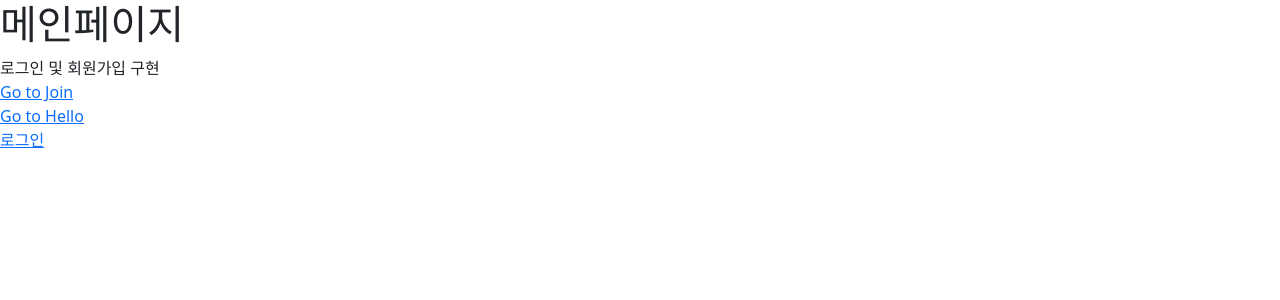
Repository: kjm541006/Ezen
Page: project/src/main/resources/static/index.html
These files come from the project's save history. The page is drawn as it stood at one moment and after the next save; the edit follows.
The browser window is 1280 px wide. The pictures show the whole page.

Above is the page before, as saved 2023-06-07 07:41:32.

After the next save:
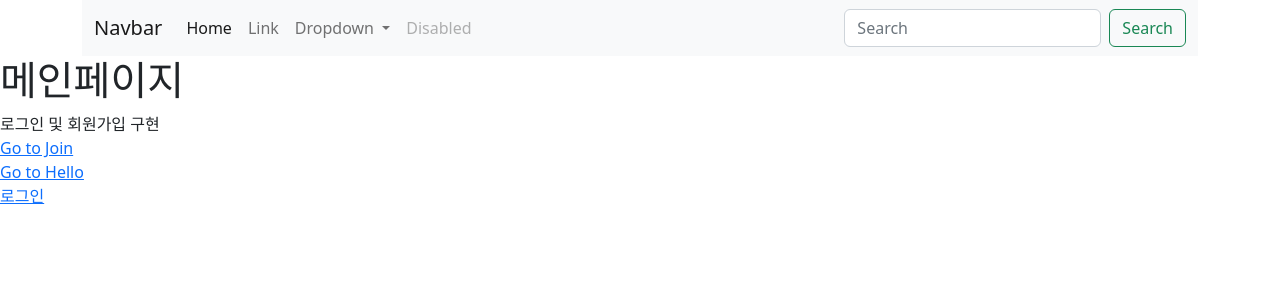
Saved 74 s later.
--- a/project/src/main/resources/static/index.html
+++ b/project/src/main/resources/static/index.html
@@ -7,6 +7,46 @@
 	<link href="https://cdn.jsdelivr.net/npm/bootstrap@5.2.3/dist/css/bootstrap.min.css" rel="stylesheet" integrity="sha384-rbsA2VBKQhggwzxH7pPCaAqO46MgnOM80zW1RWuH61DGLwZJEdK2Kadq2F9CUG65" crossorigin="anonymous">
 </head>
 <body>
+	<div class="container">
+		<header class="header">
+			<nav class="navbar navbar-expand-lg bg-light">
+  <div class="container-fluid">
+    <a class="navbar-brand" href="#">Navbar</a>
+    <button class="navbar-toggler" type="button" data-bs-toggle="collapse" data-bs-target="#navbarSupportedContent" aria-controls="navbarSupportedContent" aria-expanded="false" aria-label="Toggle navigation">
+      <span class="navbar-toggler-icon"></span>
+    </button>
+    <div class="collapse navbar-collapse" id="navbarSupportedContent">
+      <ul class="navbar-nav me-auto mb-2 mb-lg-0">
+        <li class="nav-item">
+          <a class="nav-link active" aria-current="page" href="#">Home</a>
+        </li>
+        <li class="nav-item">
+          <a class="nav-link" href="#">Link</a>
+        </li>
+        <li class="nav-item dropdown">
+          <a class="nav-link dropdown-toggle" href="#" role="button" data-bs-toggle="dropdown" aria-expanded="false">
+            Dropdown
+          </a>
+          <ul class="dropdown-menu">
+            <li><a class="dropdown-item" href="#">Action</a></li>
+            <li><a class="dropdown-item" href="#">Another action</a></li>
+            <li><hr class="dropdown-divider"></li>
+            <li><a class="dropdown-item" href="#">Something else here</a></li>
+          </ul>
+        </li>
+        <li class="nav-item">
+          <a class="nav-link disabled">Disabled</a>
+        </li>
+      </ul>
+      <form class="d-flex" role="search">
+        <input class="form-control me-2" type="search" placeholder="Search" aria-label="Search">
+        <button class="btn btn-outline-success" type="submit">Search</button>
+      </form>
+    </div>
+  </div>
+</nav>
+		</header>
+	</div>
 	<h1>메인페이지</h1>
 	<span>로그인 및 회원가입 구현</span>
 	<br />
